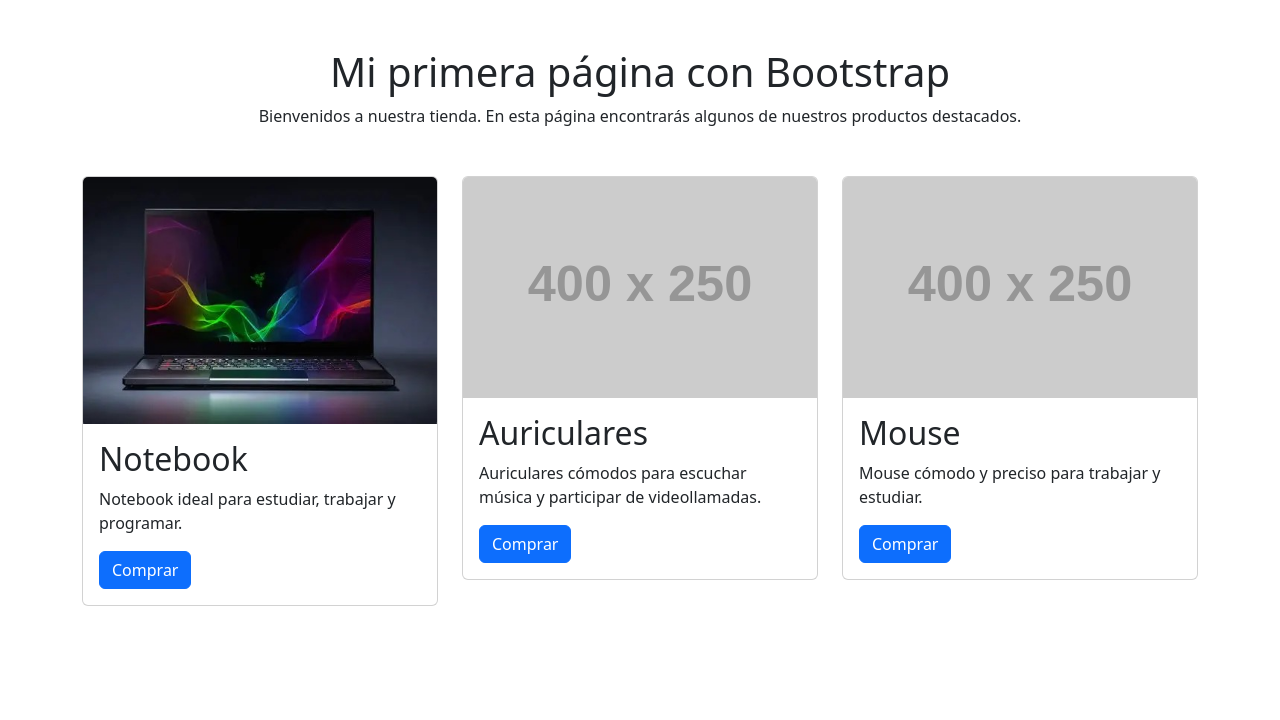
Repository: damyzacarias-web/clase4-full-stack
Page: boostrap.html
These files come from the project's save history. The page is drawn as it stood at one moment and after the next save; the edit follows.
The browser window is 1280 px wide. The pictures show the whole page.

Above is the page before, as saved 2026-09-25 09:34:55.

After the next save:
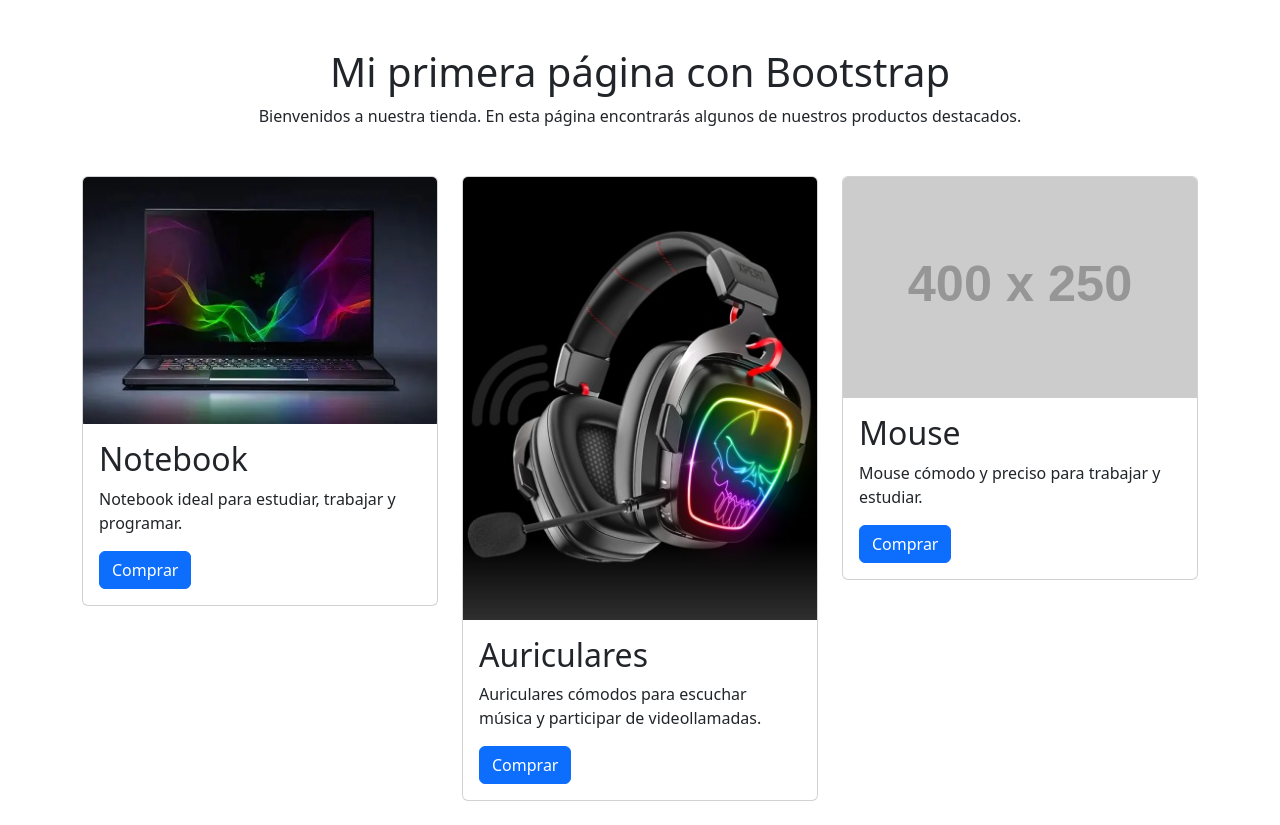
Saved 5 min 17 s later.
--- a/boostrap.html
+++ b/boostrap.html
@@ -49,9 +49,7 @@
             <!-- Producto 2 -->
             <div class="col-md-4 mb-4">
                 <div class="card">
-                    <img src="https://via.placeholder.com/400x250"
-                         class="card-img-top"
-                         alt="Auriculares">
+                    <img src="img/auri.jpeg" class="card-img-top" alt="Auriculares">
 
                     <div class="card-body">
                         <h2 class="card-title">Auriculares</h2>
